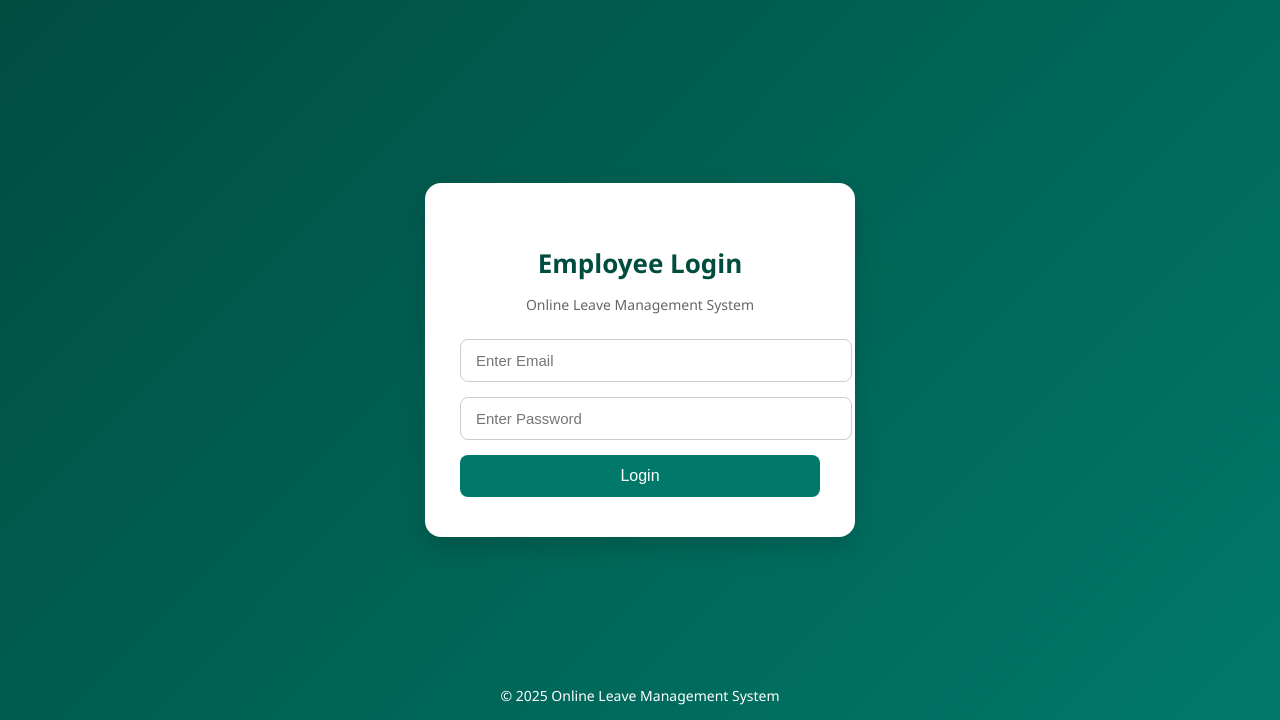
Repository: Udhaya143/Online_Leave_Management_System
Page: http://localhost/employee/index.php
An editor plug-in stored every save of this project. The page is shown before and after the next save, followed by the edit.
The browser window is 1280 px wide. The pictures show the whole page.
The page is run by PHP 8.4 with error messages shown; the project is at /var/www/html/.

Above is the page before, as saved 2025-11-09 23:24:44.

After the next save:
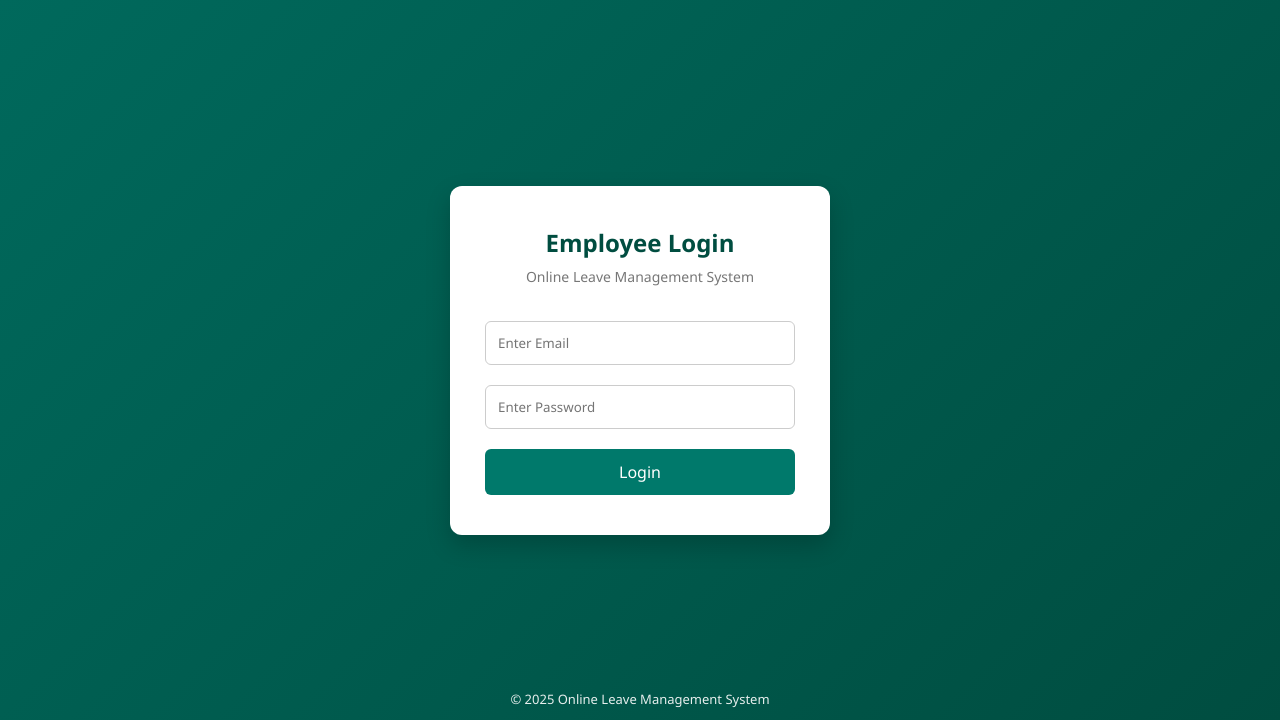
Saved 5 min 14 s later.
--- a/employee/index.php
+++ b/employee/index.php
@@ -1,37 +1,105 @@
 <?php
 session_start();
 include('../includes/config.php');
-if (isset($_POST['login'])) {
+if(isset($_POST['login'])){
     $email = trim($_POST['email']);
     $password = md5($_POST['password']);
-    $sql = "SELECT id, FullName FROM tblemployees WHERE Email=:email AND Password=:password";
-    $stmt = $dbh->prepare($sql);
-    $stmt->bindParam(':email', $email);
-    $stmt->bindParam(':password', $password);
-    $stmt->execute();
-    $user = $stmt->fetch(PDO::FETCH_OBJ);
-    if ($user) {
-        $_SESSION['emplogin'] = $email;
-        $_SESSION['eid'] = $user->id;
-        header("Location: dashboard.php"); exit();
-    } else { $error = "Invalid Email or Password"; }
+    $sql ="SELECT * FROM tblemployees WHERE Email=:email AND Password=:password";
+    $query = $dbh->prepare($sql);
+    $query->bindParam(':email',$email,PDO::PARAM_STR);
+    $query->bindParam(':password',$password,PDO::PARAM_STR);
+    $query->execute();
+    $result = $query->fetch(PDO::FETCH_ASSOC);
+    if($result){
+        $_SESSION['emplogin'] = $result['Email'];
+        $_SESSION['eid'] = $result['id'];
+        header("Location: dashboard.php");
+        exit;
+    } else {
+        $error = "❌ Invalid email or password";
+    }
 }
-?><!DOCTYPE html><html lang="en"><head><meta charset="UTF-8"><meta name="viewport" content="width=device-width,initial-scale=1.0">
+?>
+<!DOCTYPE html>
+<html lang="en">
+<head>
+<meta charset="UTF-8">
+<meta name="viewport" content="width=device-width, initial-scale=1.0">
 <title>Employee Login | OLMS</title>
 <style>
-body{margin:0;font-family:"Segoe UI",Arial,sans-serif;background:linear-gradient(135deg,#004d40,#00796b);display:flex;justify-content:center;align-items:center;height:100vh}
-.login-container{background:#fff;padding:40px 35px;border-radius:16px;box-shadow:0 10px 25px rgba(0,0,0,0.15);width:360px;text-align:center}
-.login-container h2{color:#004d40;font-size:26px;margin-bottom:6px}.login-container p{color:#666;margin-bottom:25px;font-size:14px}
-input{width:100%;padding:12px 15px;margin-bottom:15px;border:1px solid #ccc;border-radius:8px;font-size:15px;transition:border-color .3s}
-input:focus{outline:none;border-color:#00796b}button{width:100%;padding:12px;background:#00796b;border:none;color:#fff;border-radius:8px;font-size:16px;cursor:pointer;transition:background .3s}
-button:hover{background:#00695c}.error{background:#ffebee;color:#c62828;border-radius:6px;padding:10px;margin-bottom:15px;font-size:14px}
-footer{position:absolute;bottom:15px;text-align:center;width:100%;color:#fff;font-size:14px}
-</style></head><body>
-<div class="login-container">
-<h2>Employee Login</h2><p>Online Leave Management System</p>
-<?php if (isset($error)) echo "<div class='error'>$error</div>"; ?>
-<form method="POST">
-<input type="email" name="email" placeholder="Enter Email" required>
-<input type="password" name="password" placeholder="Enter Password" required>
-<button type="submit" name="login">Login</button>
-</form></div><footer>© <?php echo date("Y"); ?> Online Leave Management System</footer></body></html>
+    *{margin:0;padding:0;box-sizing:border-box;font-family:"Segoe UI",sans-serif;}
+    body{
+        background:linear-gradient(135deg,#00695c,#004d40);
+        height:100vh;
+        display:flex;
+        justify-content:center;
+        align-items:center;
+    }
+    .login-container{
+        background:#fff;
+        padding:40px 35px;
+        border-radius:12px;
+        width:100%;
+        max-width:380px;
+        box-shadow:0 10px 25px rgba(0,0,0,0.2);
+        text-align:center;
+        animation:fadeIn 0.8s ease;
+    }
+    @keyframes fadeIn{from{opacity:0;transform:translateY(20px);}to{opacity:1;transform:translateY(0);}}
+    h2{color:#004d40;margin-bottom:8px;}
+    p.sub{color:#777;margin-bottom:25px;font-size:14px;}
+    input{
+        width:100%;
+        padding:12px;
+        margin:10px 0;
+        border:1px solid #ccc;
+        border-radius:6px;
+        outline:none;
+        transition:0.3s;
+    }
+    input:focus{border-color:#00796b;box-shadow:0 0 5px rgba(0,121,107,0.3);}
+    button{
+        width:100%;
+        background:#00796b;
+        color:#fff;
+        padding:12px;
+        border:none;
+        border-radius:6px;
+        font-size:16px;
+        cursor:pointer;
+        transition:0.3s;
+        margin-top:10px;
+    }
+    button:hover{background:#00695c;}
+    .error{
+        background:#ffebee;
+        color:#b71c1c;
+        padding:10px;
+        border-radius:8px;
+        margin-bottom:15px;
+    }
+    footer{
+        text-align:center;
+        position:fixed;
+        bottom:12px;
+        width:100%;
+        color:#fff;
+        font-size:13px;
+        opacity:0.9;
+    }
+</style>
+</head>
+<body>
+    <div class="login-container">
+        <h2>Employee Login</h2>
+        <p class="sub">Online Leave Management System</p>
+        <?php if(isset($error)) echo "<div class='error'>$error</div>"; ?>
+        <form method="POST">
+            <input type="email" name="email" placeholder="Enter Email" required>
+            <input type="password" name="password" placeholder="Enter Password" required>
+            <button type="submit" name="login">Login</button>
+        </form>
+    </div>
+    <footer>© <?php echo date("Y"); ?> Online Leave Management System</footer>
+</body>
+</html>
